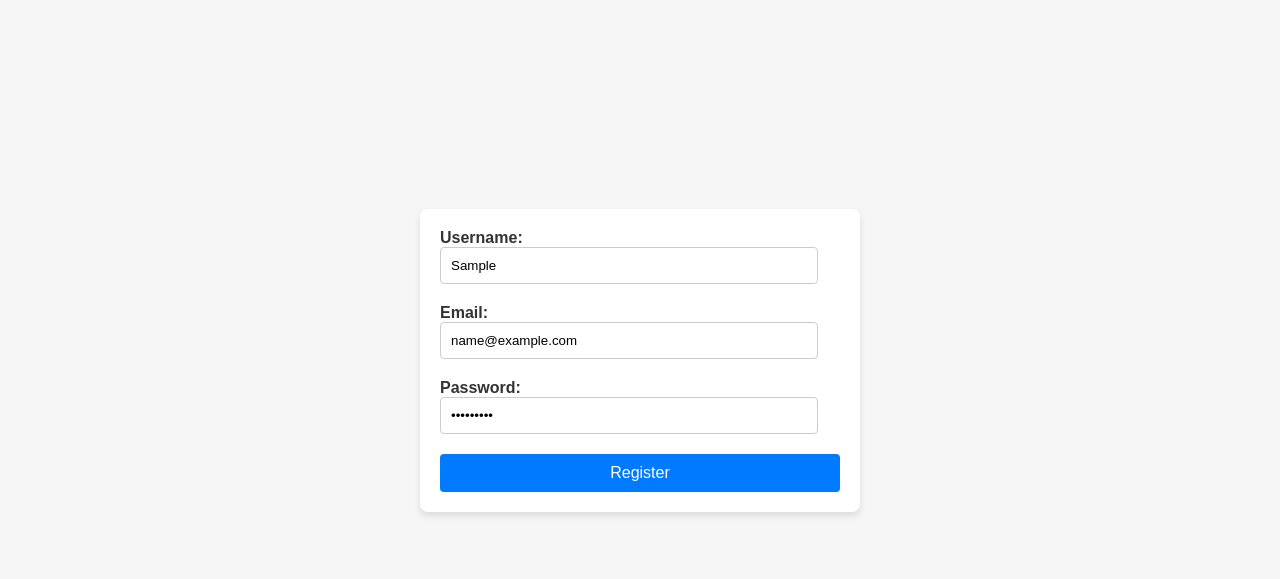
Repository: m-mwihaki/Form-Creation-Validation
Page: index.html
The author's editor kept a copy of each file at every save. The page is drawn from the files as they stood at one save, then again after the next save.
The browser window is 1280 px wide. The pictures show the whole page.
Empty fields were first filled with sample values (such as "Sample", 5 or name@example.com).
After loading, the first visible `#registration-form` was submitted once.

Above is the page before, as saved 2025-10-19 22:47:50.
Console error: TypeError: Cannot read properties of undefined (reading 'trim')

### index.html
<!DOCTYPE html>
<html lang="en">
<head>
    <meta charset="UTF-8">
    <title>User Registration Form</title>
    <link rel="stylesheet" href="style.css">
</head>
<body>
    <form id="registration-form">
        <label for="username">Username:</label>
        <input type="text" id="username" required>

        <label for="email">Email:</label>
        <input type="email" id="email" required>

        <label for="password">Password:</label>
        <input type="password" id="password" required>

        <button type="submit">Register</button>
        <div id="form-feedback"></div>
    </form>
    <script src="script.js"></script>
</body>
</html>

### style.css
body {
    font-family: 'Arial', sans-serif;
    display: flex;
    justify-content: center;
    align-items: center;
    height: 100vh;
    background-color: #f5f5f5;
    margin: 0;
}

form {
    background: #ffffff;
    padding: 20px;
    border-radius: 8px;
    box-shadow: 0 4px 6px rgba(0, 0, 0, 0.1);
    width: 100%;
    max-width: 400px;
}

label {
    margin-bottom: 5px;
    font-weight: bold;
    color: #333;
}

input {
    padding: 10px;
    margin-bottom: 20px;
    border: 1px solid #ccc;
    border-radius: 4px;
    width: calc(100% - 22px); /* Adjust width to account for padding and border */
    box-sizing: border-box; /* Include padding and border in element's total width and height */
}

button {
    background-color: #007bff;
    color: white;
    padding: 10px 15px;
    border: none;
    border-radius: 4px;
    font-size: 16px;
    cursor: pointer;
    width: 100%;
    box-sizing: border-box;
    transition: background-color 0.3s ease;
}

button:hover {
    background-color: #0056b3;
}

#form-feedback {
    margin-top: 10px;
    padding: 10px;
    color: #d8000c;
    background-color: #ffbaba;
    border-radius: 4px;
    display: none; /* Initially hide the feedback div */
}

### script.js
document.addEventListener("DOMContentLoaded", function () {

    //form and feedback selection
const form = document.getElementById("registration-form");
const feedbackDiv = document.getElementById("form-feedback");

// form submission event listener
form.addEventListener('submit' , function(event) {
    event.preventDefault();

// retrieve and trim input values
    const username = document.getElementById("username").value.trim();
    const email = document.getElementById("email").value.trim();
    const password = document.getElementById("password").Value.trim();

//initialize valiadtion variables
    let isValid = true;
    const messages = [];

//username valiadation
    if (username.length < 3) {
        isValid = false;
        messages.push("Username must be at least 3 characters long");
    }

//email validation
    if(!email.includes("@") || !email.includes(".")) {
        isValid = false;
        messages.push("Please enter a valid email address.")
    }

//password validation
    if (password.length >= 8) {
        isValid = false;
        messages.push("Password must be at least 8 characters long")
    }


    feedbackDiv.style.display = "block";

    if(isValid) {
        feedbackDiv.textContent = "Registration successful!";
        feedbackDiv.style.color = "28a745";
    } else {
        feedbackDiv.textContent = messages.join("<br");
        feedbackDiv.style.color = "#dc3545";
    }
});
});

After the next save:
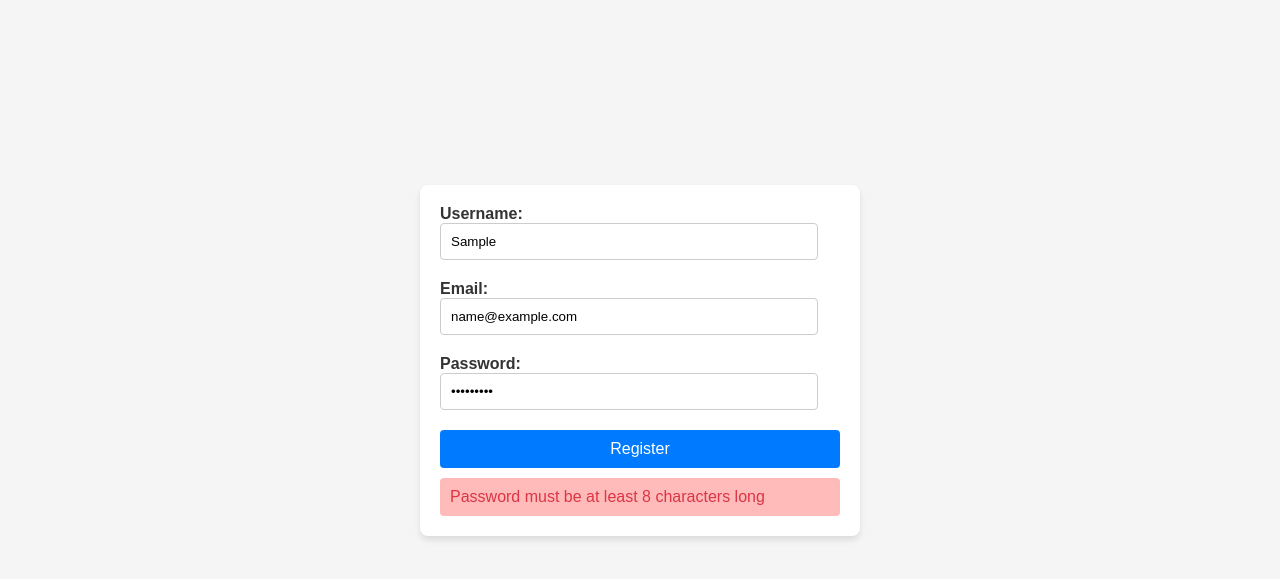
The error is gone.
Saved 7 s later.
--- a/script.js
+++ b/script.js
@@ -11,7 +11,7 @@ form.addEventListener('submit' , function(event) {
 // retrieve and trim input values
     const username = document.getElementById("username").value.trim();
     const email = document.getElementById("email").value.trim();
-    const password = document.getElementById("password").Value.trim();
+    const password = document.getElementById("password").value.trim();
 
 //initialize valiadtion variables
     let isValid = true;
